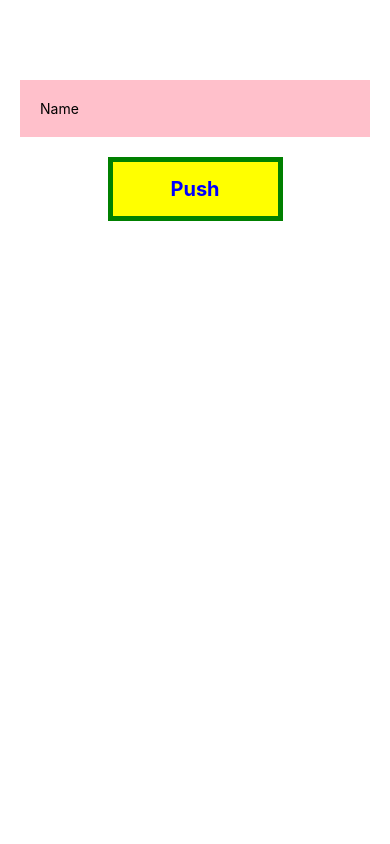
Repository: akinmiday/ReactNativeApp
Screen: /
An editor plug-in stored every save of this project. The screen is shown before and after the next save, followed by the edit.
The app was drawn by React Native's web renderer in a window 390 px wide. The project was rebuilt for these pictures with package versions that can differ from the ones it lists, and the page was loaded fresh each time.

Above is the screen before, as saved 2023-08-05 06:21:30.

### App.js
import { View, Switch, Text, TextInput } from "react-native";
import styles from "./styles";
import { useState } from "react";
import CustomButton from "./CustomButton";

export default function App() {
  const { container, text, input } = styles;

  const [name, setName] = useState("");
  const clickMe = () => {
    console.log(name);
  };

  return (
    <View style={container}>
      <TextInput
        style={input}
        placeholder="Name"
        onChangeText={(text) => setName(text)}
      />
      <CustomButton name="Push" click={clickMe} />
    </View>
  );
}

### styles.js
import { StyleSheet } from "react-native";

const styles = StyleSheet.create({
  container: {
    marginTop: 40,
    padding: 20,
    backgroundColor: "#fff",
    flex: 1,
  },
  input: {
    backgroundColor: "pink",
    marginTop: 20,
    padding: 20,
    marginTop: 20,
    marginBottom: 20,
  },
  text: {
    fontSize: 20,
    color: "blue",
    fontWeight: "bold",
  },
  button: {
    backgroundColor: "yellow",
    padding: 15,
    alignItems: "center",
    width: "50%",
    alignSelf: "center",
    borderWidth: 5,
    borderColor: "green",
  },
});

export default styles;

### CustomButton.js
import { View, Text, TouchableOpacity } from "react-native";
import React from "react";
import styles from "./styles";

export default function CustomButton(props) {
  const { button, text } = styles;
  const { name, click } = props;

  return (
    <TouchableOpacity onPress={() => click()}>
      <View style={button}>
        <Text style={text}>{name}</Text>
      </View>
    </TouchableOpacity>
  );
}

After the next save:
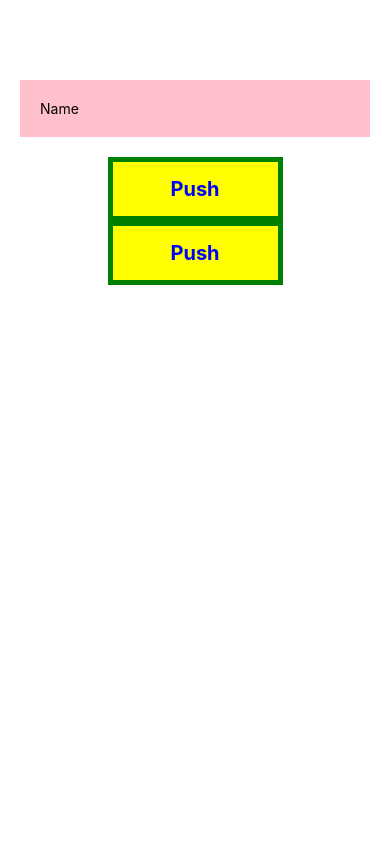
Saved 2 min 49 s later.
--- a/App.js
+++ b/App.js
@@ -19,6 +19,7 @@ export default function App() {
         onChangeText={(text) => setName(text)}
       />
       <CustomButton name="Push" click={clickMe} />
+      <CustomButton name="Push" click={clickMe} />
     </View>
   );
 }
